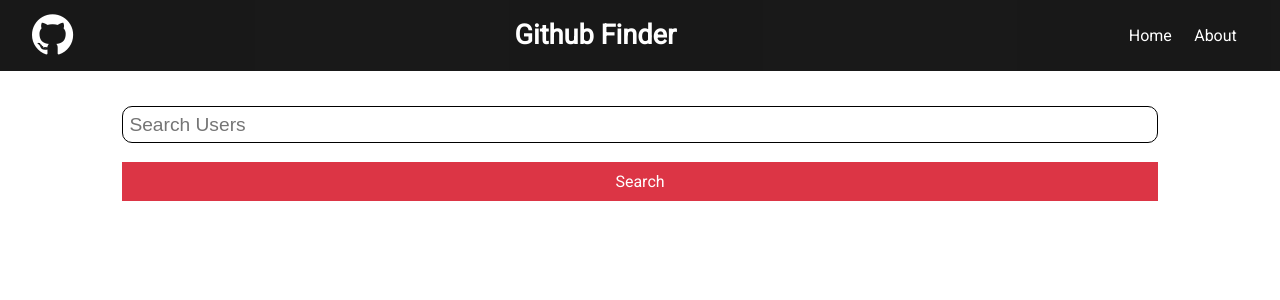
Repository: hemantsaini-7/ReactHooks-GitHub-Clone
Page: /
The author's editor kept a copy of each file at every save. The page is drawn from the files as they stood at one save, then again after the next save.
The browser window is 1280 px wide. The pictures show the whole page.
The project was rebuilt for these pictures with package versions that can differ from the ones it lists, and the page was loaded fresh each time. Also part of the build but not shown: src/components/users/UserItem.js, src/components/layout/Spinner.js, src/components/repos/RepoItem.js, src/components/repos/Repos.js, src/components/users/User.js, src/components/layout/Alert.js, src/components/pages/About.js.

Above is the page before, as saved 2020-08-06 09:37:39.

After the next save:
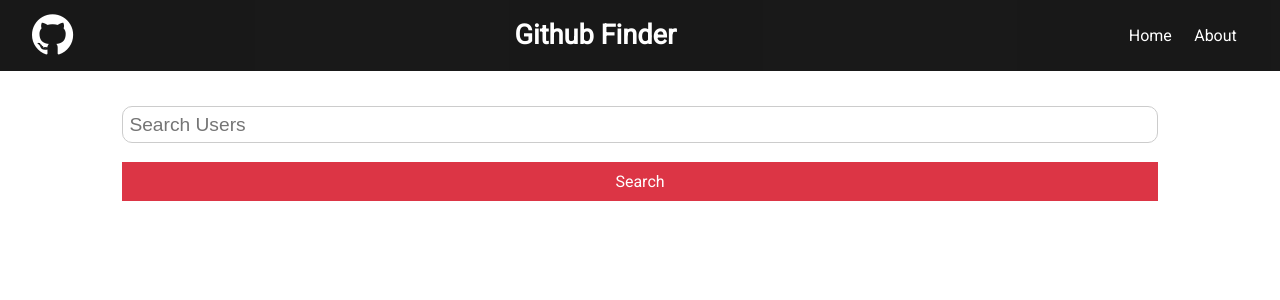
Saved 8 s later.
--- a/src/App.css
+++ b/src/App.css
@@ -384,7 +384,6 @@
   /* margin-left: 100px; */
 }
 .s-field {
-  border: 1px solid #000 !important;
   border-radius: 10px;
 }
 
